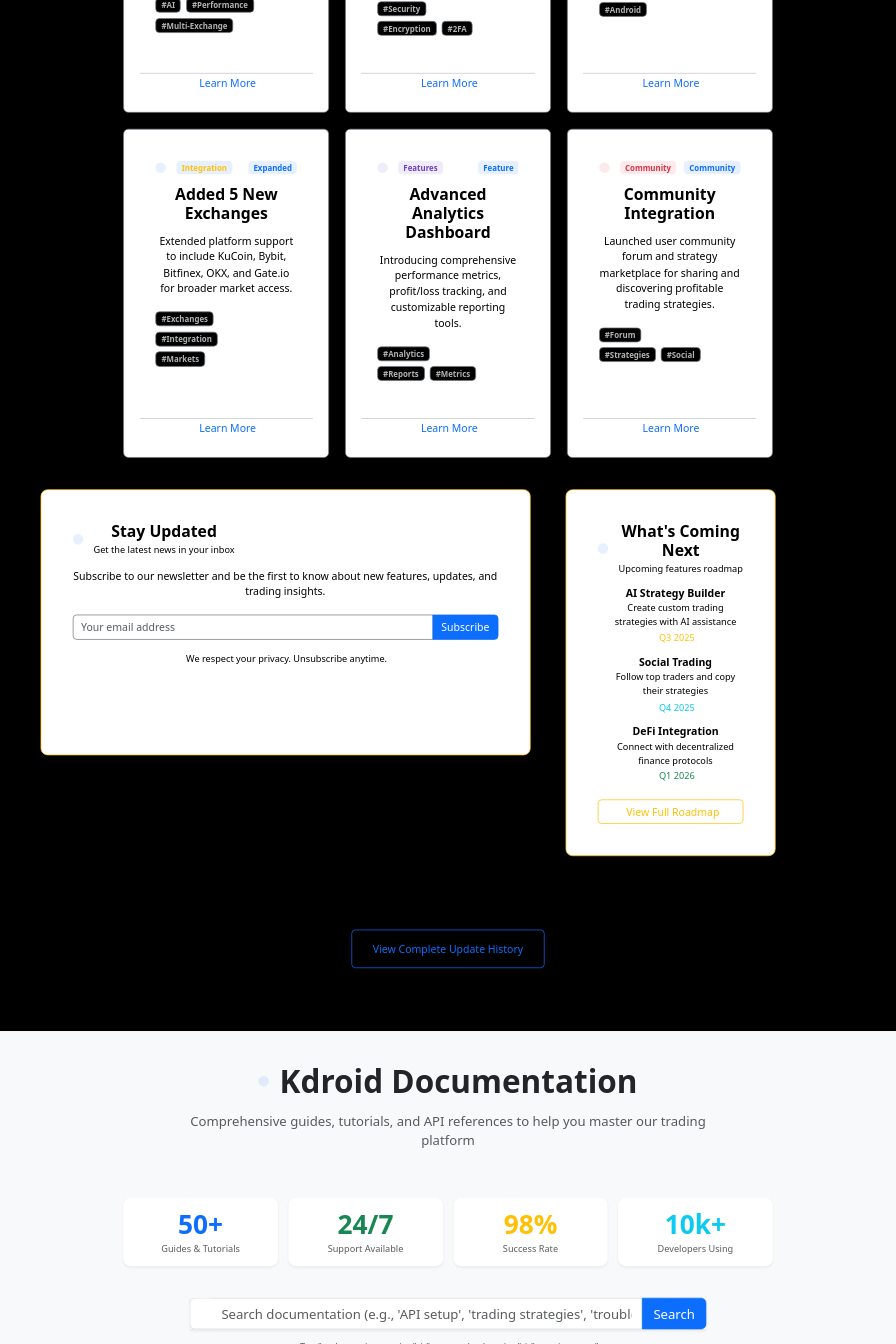
Repository: Kevin-Pro-Codes/halo-trading
Page: /
An editor plug-in stored every save of this project. The page is shown before and after the next save, followed by the edit.
The browser window is 1280 px wide. The pictures show the part of the page from y = 3890 to 5810 px (the page is 19648 px tall), at 70% of full size.
The page's requests for data from a server got no answer. The project was rebuilt for these pictures with package versions that can differ from the ones it lists, and the page was loaded fresh each time. Some packages were replaced by stand-ins written for this rebuild. No one was signed in, and anything a server would have sent is missing. Also part of the build but not shown: vite.config.js, src/styles/DocStyle.css, src/styles/PricingStyle.css.

Above is the page before, as saved 2025-12-09 20:56:06.

### src/index.css
:root {
  font-family: system-ui, Avenir, Helvetica, Arial, sans-serif;
  line-height: 1.5;
  font-weight: 400;
  color-scheme: light dark;
  color: rgba(255, 255, 255, 0.87);
  background-color: #242424;
  font-synthesis: none;
  text-rendering: optimizeLegibility;
  -webkit-font-smoothing: antialiased;
  -moz-osx-font-smoothing: grayscale;
}

a {
  font-weight: 500;
  color: #646cff;
  text-decoration: inherit;
}
a:hover {
  color: #535bf2;
}


h1 {
  font-size: 3.2em;
  line-height: 1.1;
}

button {
  border-radius: 8px;
  border: 1px solid transparent;
  padding: 0.6em 1.2em;
  font-size: 1em;
  font-weight: 500;
  font-family: inherit;
  background-color: #1a1a1a;
  cursor: pointer;
  transition: border-color 0.25s;
}
button:hover {
  border-color: #646cff;
}
button:focus,
button:focus-visible {
  outline: 4px auto -webkit-focus-ring-color;
}

### src/Navbar.jsx
import React from 'react';
import haloLogo from './assets/halo.png';



const Navbar = ({ showHamburger, menuOpen, setMenuOpen }) => {
  return (
    <nav className="navbar">
      <div className="nav-content">
        <div className="nav-brand">
          <img src={haloLogo} alt="Trading Bot Logo" className="logo-img" />
        </div>

        {showHamburger ? (
          <div className="hamburger-container">
            <button
              className={`hamburger-btn ${menuOpen ? 'active' : ''}`}
              onClick={() => setMenuOpen(!menuOpen)}
              aria-label="Menu"
            >
              <span></span>
              <span></span>
              <span></span>
            </button>
          </div>
        ) : (
          <div className="nav-links">
            <button className="nav-btn">Home</button>
            <button className="nav-btn">About</button>
            <button className="nav-btn">Products</button>
            <button className="nav-btn">Contact</button>
          </div>
        )}
      </div>

      {showHamburger && menuOpen && (
        <div className="mobile-menu">
          <button className="nav-btn">Home</button>
          <button className="nav-btn">About</button>
          <button className="nav-btn">Products</button>
          <button className="nav-btn">Contact</button>
        </div>
      )}
    </nav>
  );
};

export default Navbar;

### src/components/LatestSection.jsx
import React from 'react';

const LatestSection = () => {
  const updates = [
    {
      id: 1,
      title: "Version 3.0 Launched",
      description: "Major platform upgrade with AI-powered trading signals, enhanced backtesting, and multi-exchange arbitrage capabilities.",
      category: "Platform Update",
      date: "June 2025",
      icon: "bi-rocket-takeoff-fill",
      color: "primary",
      badge: "New",
      tags: ["AI", "Performance", "Multi-Exchange"]
    },
    {
      id: 2,
      title: "Enhanced Security Framework",
      description: "Implemented advanced API key encryption, multi-factor authentication, and real-time threat detection systems.",
      category: "Security",
      date: "May 2025",
      icon: "bi-shield-check",
      color: "success",
      badge: "Enhanced",
      tags: ["Security", "Encryption", "2FA"]
    },
    {
      id: 3,
      title: "Mobile App 2.0 Released",
      description: "Redesigned mobile application with real-time notifications, advanced charting, and one-click trade execution.",
      category: "Mobile",
      date: "April 2025",
      icon: "bi-phone-fill",
      color: "info",
      badge: "Update",
      tags: ["Mobile", "iOS", "Android"]
    },
    {
      id: 4,
      title: "Added 5 New Exchanges",
      description: "Extended platform support to include KuCoin, Bybit, Bitfinex, OKX, and Gate.io for broader market access.",
      category: "Integration",
      date: "March 2025",
      icon: "bi-arrow-left-right",
      color: "warning",
      badge: "Expanded",
      tags: ["Exchanges", "Integration", "Markets"]
    },
    {
      id: 5,
      title: "Advanced Analytics Dashboard",
      description: "Introducing comprehensive performance metrics, profit/loss tracking, and customizable reporting tools.",
      category: "Features",
      date: "February 2025",
      icon: "bi-graph-up",
      color: "purple",
      badge: "Feature",
      tags: ["Analytics", "Reports", "Metrics"]
    },
    {
      id: 6,
      title: "Community Integration",
      description: "Launched user community forum and strategy marketplace for sharing and discovering profitable trading strategies.",
      category: "Community",
      date: "January 2025",
      icon: "bi-people-fill",
      color: "danger",
      badge: "Community",
      tags: ["Forum", "Strategies", "Social"]
    }
  ];

  const categories = [
    { id: "all", name: "All Updates", icon: "bi-grid", count: updates.length },
    { id: "platform", name: "Platform", icon: "bi-rocket", count: 1 },
    { id: "security", name: "Security", icon: "bi-shield", count: 1 },
    { id: "mobile", name: "Mobile", icon: "bi-phone", count: 1 },
    { id: "integration", name: "Integration", icon: "bi-arrow-left-right", count: 1 },
    { id: "features", name: "Features", icon: "bi-stars", count: 1 },
    { id: "community", name: "Community", icon: "bi-people", count: 1 }
  ];

  return (
    <section className="py-5 bg-dark text-white">
      <div className="container">
        {/* Header */}
        <div className="row justify-content-center text-center mb-5">
          <div className="col-lg-8">
            <div className="d-flex align-items-center justify-content-center mb-3">
              <div className="bg-primary bg-opacity-10 p-2 rounded-circle me-3">
                <i className="bi bi-megaphone-fill text-primary fs-3"></i>
              </div>
              <h2 className="display-5 fw-bold mb-0 text-white">Latest Updates & News</h2>
            </div>
            <p className="lead text-white-50 mb-4">
              Stay updated with the latest features, improvements, and announcements from our trading platform
            </p>
          </div>
        </div>

        {/* Stats Summary */}
        <div className="row justify-content-center mb-5">
          <div className="col-lg-10">
            <div className="row g-3">
              <div className="col-md-3 col-6">
                <div className="text-center p-3 bg-dark bg-opacity-50 border border-secondary rounded-3">
                  <div className="display-6 fw-bold text-primary mb-1">{updates.length}</div>
                  <div className="text-white-50 small">Total Updates</div>
                </div>
              </div>
              <div className="col-md-3 col-6">
                <div className="text-center p-3 bg-dark bg-opacity-50 border border-secondary rounded-3">
                  <div className="display-6 fw-bold text-success mb-1">5</div>
                  <div className="text-white-50 small">New Exchanges</div>
                </div>
              </div>
              <div className="col-md-3 col-6">
                <div className="text-center p-3 bg-dark bg-opacity-50 border border-secondary rounded-3">
                  <div className="display-6 fw-bold text-warning mb-1">3.0</div>
                  <div className="text-white-50 small">Current Version</div>
                </div>
              </div>
              <div className="col-md-3 col-6">
                <div className="text-center p-3 bg-dark bg-opacity-50 border border-secondary rounded-3">
                  <div className="display-6 fw-bold text-info mb-1">98%</div>
                  <div className="text-white-50 small">Uptime Rate</div>
                </div>
              </div>
            </div>
          </div>
        </div>

        {/* Category Filter */}
        <div className="row justify-content-center mb-4">
          <div className="col-lg-10">
            <div className="d-flex flex-wrap justify-content-center gap-2 mb-4">
              {categories.map((category) => (
                <button
                  key={category.id}
                  className="btn btn-outline-primary btn-sm px-3 py-2"
                >
                  <i className={`bi ${category.icon} me-2`}></i>
                  {category.name}
                  <span className="badge bg-primary ms-2">{category.count}</span>
                </button>
              ))}
            </div>
          </div>
        </div>

       {/* Updates Grid */}
<div className="row justify-content-center">
  <div className="col-lg-10">
    <div className="row g-4">
      {updates.map((update) => (
        <div key={update.id} className="col-md-6 col-lg-4">
          <div className="card h-100 border-secondary bg-white hover-lift transition-all">
            <div className="card-body p-4">
              <div className="d-flex justify-content-between align-items-start mb-3">
                <div className="d-flex align-items-center">
                  <div className={`bg-${update.color} bg-opacity-10 p-2 rounded-circle me-3`}>
                    <i className={`bi ${update.icon} text-${update.color} fs-5`}></i>
                  </div>
                  <span className={`badge bg-${update.color} bg-opacity-10 text-${update.color}`}>
                    {update.category}
                  </span>
                </div>
                <span className="badge bg-primary bg-opacity-10 text-primary">
                  {update.badge}
                </span>
              </div>

              <h4 className="fw-bold mb-3 text-black">{update.title}</h4>
              <p className="text-black mb-4">{update.description}</p>

              <div className="d-flex justify-content-between align-items-center mt-auto">
                <div className="d-flex flex-wrap gap-2"> {/* REMOVED: pb-5 class */}
                  {update.tags.map((tag, index) => (
                    <span key={index} className="badge bg-dark border border-secondary text-white-50 small pb-1.5">
                      #{tag}
                    </span>
                  ))}
                </div>
                <div className="text-end">
                  <div className="text-white-50 small">{update.date}</div>
                </div>
              </div>
            </div>

            {/* Card Footer */}
            <div className="card-footer bg-white border-top border-secondary pt-0">
              <button className="btn btn-link text-decoration-none p-0 text-primary">
                <i className="bi bi-arrow-right-circle me-1"></i>
                Learn More
              </button>
            </div>
          </div>
        </div>
      ))}
    </div>
  </div>
</div>

{/* Two Boxes at Bottom - FULL CONTROL */}
<div style={{
  width: '100%',
  marginTop: '3rem',
  marginBottom: '2rem'
}}>
  <div style={{
    display: 'flex',
    justifyContent: 'center'
  }}>

    {/* Left Box: Newsletter */}
    <div style={{
      marginLeft: '-15px',
      minWidth: '650px',
      maxWidth: '700px'
    }}>
       <div className="card border-warning bg-white" style={{
        minWidth: '700px',
        minHeight: '380px',
        borderRadius: '10px'
      }}>
        <div className="card-body p-4">

          <div className="d-flex align-items-center mb-3">
            <div className="bg-primary bg-opacity-10 p-2 rounded-circle me-3">
              <i className="bi bi-bell-fill text-black fs-4"></i>
            </div>
            <div>
              <h4 className="fw-bold mb-1 text-black">Stay Updated</h4>
              <p className="text-black small mb-0">Get the latest news in your inbox</p>
            </div>
          </div>

          <p className="text-black mb-4">
            Subscribe to our newsletter and be the first to know about new features, updates, and trading insights.
          </p>

          <div className="mt-auto">
            <div className="input-group mb-3">
              <input
                type="email"
                className="form-control border-secondary"
                placeholder="Your email address"
              />
              <button className="btn btn-primary">Subscribe</button>
            </div>
            <small className="text-black">
              <i className="bi bi-shield-check me-1"></i>
              We respect your privacy. Unsubscribe anytime.
            </small>
          </div>
        </div>
      </div>
    </div>

    {/* Right Box: Roadmap */}
    <div style={{
      flex: 'none',
      minWidth: '500px',
      maxWidth: '700px'
    }}>
      <div className="card border-warning bg-white" style={{
        minHeight: '380px',
        borderRadius: '10px'
      }}>
        <div className="card-body p-4">

          <div className="d-flex align-items-center mb-3">
            <div className="bg-warning bg-opacity-10 p-2 rounded-circle me-3">
              <i className="bi bi-map text-warning fs-4"></i>
            </div>
            <div>
              <h4 className="fw-bold mb-1 text-black">What's Coming Next</h4>
              <p className="text-black small mb-0">Upcoming features roadmap</p>
            </div>
          </div>

          <div className="mb-4">
            <div className="d-flex align-items-start mb-3">
              <div className="text-warning me-3 mt-1"><i className="bi bi-circle-fill"></i></div>
              <div>
                <h6 className="fw-bold mb-1 text-black">AI Strategy Builder</h6>
                <p className="text-black small mb-0">Create custom trading strategies with AI assistance</p>
                <small className="text-warning"><i className="bi bi-calendar me-1"></i> Q3 2025</small>
              </div>
            </div>

            <div className="d-flex align-items-start mb-3">
              <div className="text-info me-3 mt-1"><i className="bi bi-circle-fill"></i></div>
              <div>
                <h6 className="fw-bold mb-1 text-black">Social Trading</h6>
                <p className="text-black small mb-0">Follow top traders and copy their strategies</p>
                <small className="text-info"><i className="bi bi-calendar me-1"></i> Q4 2025</small>
              </div>
            </div>

            <div className="d-flex align-items-start">
              <div className="text-success me-3 mt-1"><i className="bi bi-circle-fill"></i></div>
              <div>
                <h6 className="fw-bold mb-1 text-black">DeFi Integration</h6>
                <p className="text-black small mb-0">Connect with decentralized finance protocols</p>
                <small className="text-success"><i className="bi bi-calendar me-1"></i> Q1 2026</small>
              </div>
            </div>
          </div>

          <div className="mt-auto">
            <button className="btn btn-outline-warning w-100">
              <i className="bi bi-clock-history me-2"></i>
              View Full Roadmap
            </button>
          </div>
        </div>
      </div>
    </div>

  </div>
</div>

        {/* View All Button - Adjusted for bottom position */}
        <div className="row justify-content-center mt-5 py-5"> {/* CHANGED: Increased top margin to mt-5 and added vertical padding with py-5 */}
          <div className="col-lg-10 text-center">
            <button className="btn btn-outline-primary px-4 py-3">
              <i className="bi bi-clock-history me-2"></i>
              View Complete Update History
              <i className="bi bi-arrow-right ms-2"></i>
            </button>
          </div>
        </div>
      </div>

      {/* CSS Styling */}
      <style jsx>{`
        .bg-dark {
          background-color: #000000 !important;
        }
          .bg-white {
          background-color: #ffffffff !important;
        }
        .hover-lift {
          transition: all 0.3s ease;
        }

        .hover-lift:hover {
          transform: translateY(-5px);
          box-shadow: 0 10px 25px rgba(0, 0, 0, 0.3) !important;
          border-color: #495057 !important;
        }

        .transition-all {
          transition: all 0.3s ease;
        }

        .bg-purple {
          background-color: #6f42c1 !important;
        }

        .text-purple {
          color: #6f42c1 !important;
        }

        .bg-purple.bg-opacity-10 {
          background-color: rgba(111, 66, 193, 0.1) !important;
        }

        .bg-danger.bg-opacity-10 {
          background-color: rgba(220, 53, 69, 0.1) !important;
        }

        .text-white-50 {
          color: rgba(255, 255, 255, 0.7) !important;
        }




      `}</style>
    </section>
  );
};

export default LatestSection;

### src/Footer.jsx
import React from "react";

const Footer = () => {
  return (
    <footer className="section-black">
      <div className="section-content">
        <div className="footer-grid">
          <div className="footer-col">
            <h3>Contact</h3>
            <p>Email: support@halo.com</p>
            <p>Phone: +55 11 9987-6543</p>
            <p>Address: 456 Finance Street, Crypto City</p>
          </div>
          <div className="footer-col">
            <h3>Legal</h3>
            <p><a href="#">Risk Disclosure</a></p>
            <p><a href="#">Terms of Service</a></p>
            <p><a href="#">Privacy Policy</a></p>
          </div>
          <div className="footer-col">
            <h3>Support</h3>
            <p><a href="#">Help Center</a></p>
            <p><a href="#">API Documentation</a></p>
            <p><a href="#">Community Forum</a></p>
            <p className="mt-3"><a href="#">MetaTrader 5</a></p>
          </div>
        </div>
        <div className="footer-bottom">
          <p>
            © 2025 Halo Algo Trading. All rights reserved. Disclaimer: Trading
            involves risk. Past performance is not indicative of future results.
          </p>
          <p className="disclaimer"></p>
        </div>
      </div>
    </footer>
  );
};

export default Footer;

### src/App.css
/* Variables */
:root {
  --primary-color: #646cff;
  --primary-hover: #535bf2;
  --text-dark: black;
  --text-light: #ffffff;
  --bg-dark: black;
  --bg-light: #ffffff;
  --border-radius: 4px;
  --transition: all 0.3s ease;
}

#root {
  max-width: 100%;
  margin: auto;
  padding: 0rem;
  text-align: center;
}

/* Base Styles */
* {
  box-sizing: border-box;
  margin: 0;
  padding: 0;


}

html {
  font-size: 15px;

}



/* Typography */
h1, h2, h3, h4, h5, h6 {
  margin-bottom: 1rem;
  line-height: 1.2;
}

h2 {
  font-size: 2rem;
}

h3 {
  font-size: 1.5rem;
  margin: 1rem 0;
}

p {
  margin-bottom: 1rem;
}

ul {
  list-style: none;
  padding-left: 0;
}

/* Utility Classes */
.black-text {
  color: var(--text-dark);
}

.white-text {
  color: var(--text-light);
}

.bg-white {
  background-color: var(--bg-light);
}

.bg-black {
  background-color: var(--bg-dark);
}


section {
  padding: 3rem 0;
}

.section-content {
  max-width: 2280px;
  margin: 0 auto;
  padding: 0 1rem;
}

.section-black {
  background-color: var(--bg-dark);
  color: var(--text-light);
}

### src/styles/ConverterStyle.css
/* Add to your existing CSS */
.converter-container {
  max-width: 500px;
  margin: 0 auto;
}

.converter-card {
  background-color: white;
  padding: 2rem;
  border-radius: var(--border-radius);
}

.converter-row {
  display: flex;
  align-items: center;
  margin-bottom: 1rem;
}

.converter-row label {
  width: 80px;
  text-align: right;
  margin-right: 1rem;
}

.converter-row input {
  flex: 1;
  padding: 0.5rem;
  border-radius: var(--border-radius);
  border: 1px solid #ddd;
  background-color: var(--bg-light);
  color: var(--text-dark);
}

.converter-card label,
.converter-card .rate-display {
  color: black; /* Replace with your desired color */
  font-weight: bold;
}

.rate-display {
  text-align: center;
  margin-top: 1.5rem;
  font-size: 0.9rem;
  opacity: 0.8;
}

/* Responsive adjustments */
@media (max-width: 600px) {
  .converter-row {
    flex-direction: column;
    align-items: flex-start;
  }

  .converter-row label {
    width: 100%;
    text-align: left;
    margin-bottom: 0.5rem;
  }
}

### src/styles/GalleryStyle.css
.card {
  max-width: 300px;         /* sets a max size without using % */
  width: 100%;              /* allows it to shrink only if necessary */
  padding: 1.5rem;
  border-radius: var(--border-radius);
  margin: 1rem auto;        /* centers the card */
  text-align: center;       /* centers button inside */
  box-sizing: border-box;   /* ensures padding doesn't add to width */
}



/* Gallery */
.gallery-grid {
  display: grid;
  grid-template-columns: repeat(auto-fill, minmax(200px, 1fr));
  gap: 1rem;
  margin-top: 1rem;
}

.gallery-item {
  border: 2px solid black;     /* Outline border color */
  border-radius: 8px;            /* Rounded corners (optional) */
  padding: 16px;                 /* Inner spacing */
  text-align: center;            /* Center the text */
  font-size: 20px;
  font-family: 'Calibri', sans-serif;
  color: black !important;
  transition: 0.3s ease-in-out;  /* Smooth hover transition */
  position: relative;
  width: 100%;
  height: 10rem;
  overflow: hidden;
  border-radius: 8px;
  background-color: white;
  box-shadow: 0 0 6px white;
}


.gallery-image {
  max-width: 100%;
  max-height: 100%;
  object-fit: contain;
}



.photo-gallery {
  display: grid;
  grid-template-columns: repeat(auto-fit, minmax(200px, 1fr));
  gap: 16px;
}


.square-image-container {
  position: absolute;
  top: 0; left: 0; right: 0; bottom: 0;
  display: flex;
  justify-content: center;
  align-items: center;
  overflow: hidden;
}

### src/styles/FooterStyle.css

/* Footer */
.footer-grid {
  display: grid;
  grid-template-columns: repeat(auto-fit, minmax(200px, 1fr));

}

.footer-col a {
  color: var(--text-light);
  text-decoration: none;

}

.footer-col a:hover {
  text-decoration: underline;

}

.footer-bottom {
  text-align: center;
  padding-top: 1rem;
  border-top: 1px solid rgba(255, 255, 255, 0.1);

}

.disclaimer {

  padding-bottom: 10px;
   margin-bottom: 0px !important;
}

Loaded but not shown: index.html (common file); src/main.jsx (common file); src/components/DocSection.jsx (389 lines, source omitted); src/components/ConverterSection.jsx (399 lines, source omitted); src/components/FaqSection.jsx (283 lines, source omitted); src/components/SetupSection.jsx (300 lines, source omitted); src/components/GallerySection.jsx (302 lines, source omitted); src/components/PricingSection.jsx (314 lines, source omitted); src/components/TestimonialSection.jsx (224 lines, source omitted); src/components/IntroSection.jsx (222 lines, source omitted); src/components/PerformanceSection.jsx (184 lines, source omitted); src/App.jsx (130 lines, source omitted); src/styles/NavbarStyle.css (126 lines, source omitted); src/styles/FaqStyle.css (no stored copy; drawn as an empty file); src/styles/IntroStyle.css (no stored copy; drawn as an empty file); src/styles/LatestStyle.css (no stored copy; drawn as an empty file); src/styles/PerformanceStyle.css (no stored copy; drawn as an empty file); src/styles/SetupStyle.css (no stored copy; drawn as an empty file); src/styles/TestimonialStyle.css (no stored copy; drawn as an empty file)

After the next save:
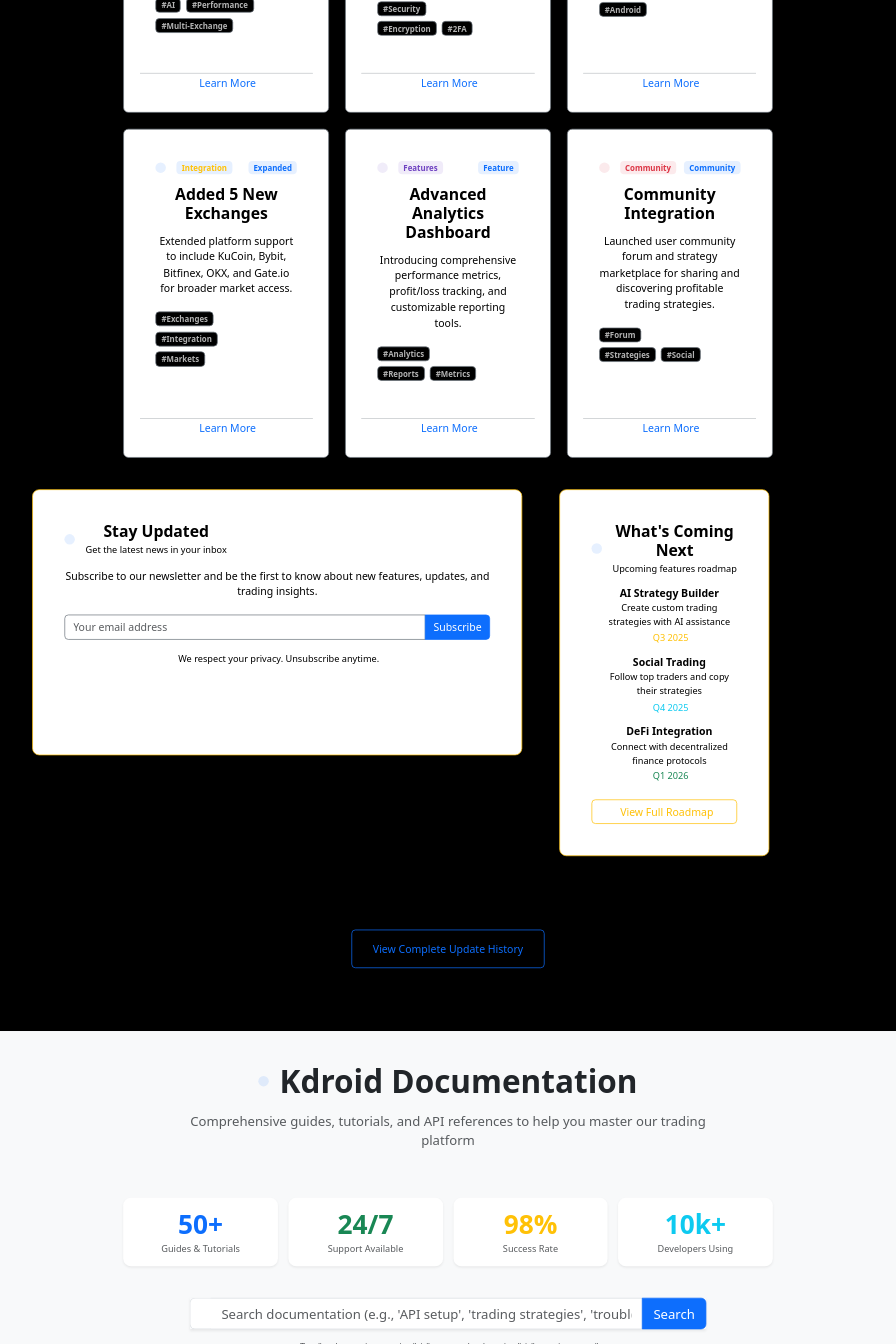
Saved 5 s later.
--- a/src/components/LatestSection.jsx
+++ b/src/components/LatestSection.jsx
@@ -214,7 +214,7 @@ const LatestSection = () => {
 
     {/* Left Box: Newsletter */}
     <div style={{
-      marginLeft: '-15px',
+      marginLeft: '-35px',
       minWidth: '650px',
       maxWidth: '700px'
     }}>
